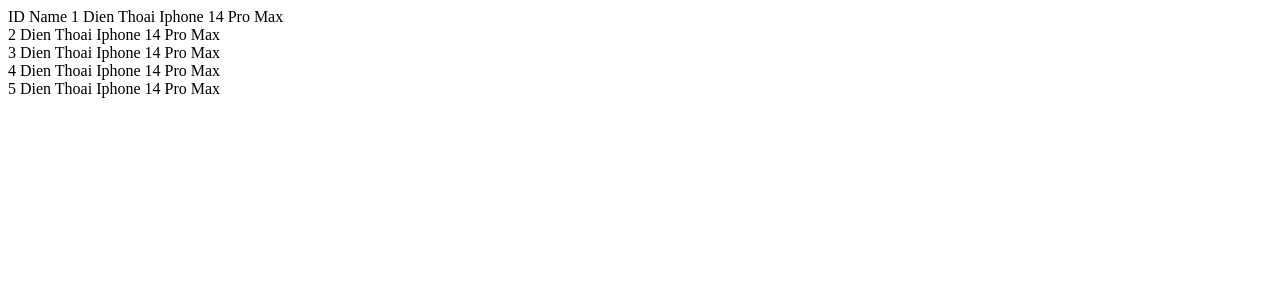
Repository: saiyagodvp/_java4
Page: http://localhost/slide4/product
An editor plug-in stored every save of this project. The page is shown before and after the next save, followed by the edit.
The browser window is 1280 px wide. The pictures show the whole page.
The page is served by Tomcat 9.

Above is the page before, as saved 2023-03-24 10:42:48.

After the next save:
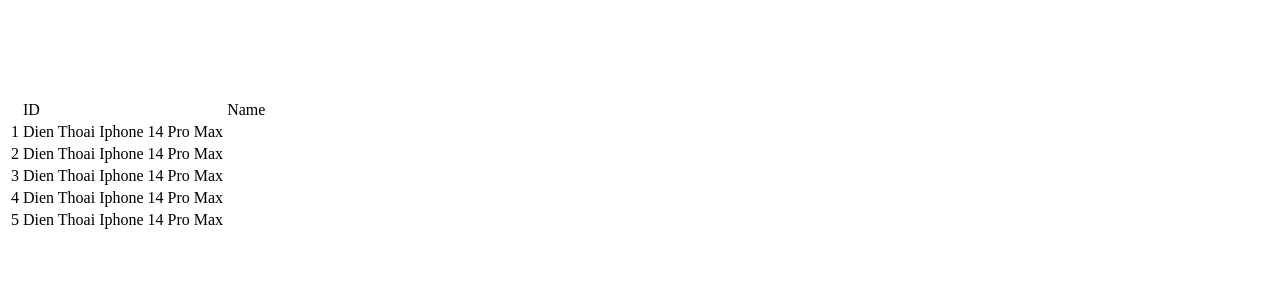
Saved 58 s later.
--- a/slide4/src/main/webapp/product/list.jsp
+++ b/slide4/src/main/webapp/product/list.jsp
@@ -18,22 +18,24 @@
 			response.getWriter().print(p.getName());
 		}
 	%> --%>
-	<thead>
-		<th><td>
-				ID
-			</td>
-			<td>
-				Name
-			</td>
-		</th>
-	</thead>
-	<c:forEach items="${listProducts}" var="p">
+	<table>
+		<thead>
+			<th>
+			<td>ID</td>
+			<td>Name</td>
+			</th>
+		</thead>
+		<tbody>
+
+			<c:forEach items="${listProducts}" var="p">
+
 				<tr>
-			<td>${p.id}</td>
-			<td>${p.name}</td>
-			<br>
-		</tr>
-	</c:forEach>
-
-		</body>
+					<td>${p.id}</td>
+					<td>${p.name}</td>
+					<br>
+				</tr>
+			</c:forEach>
+		</tbody>
+	</table>
+</body>
 </html>
